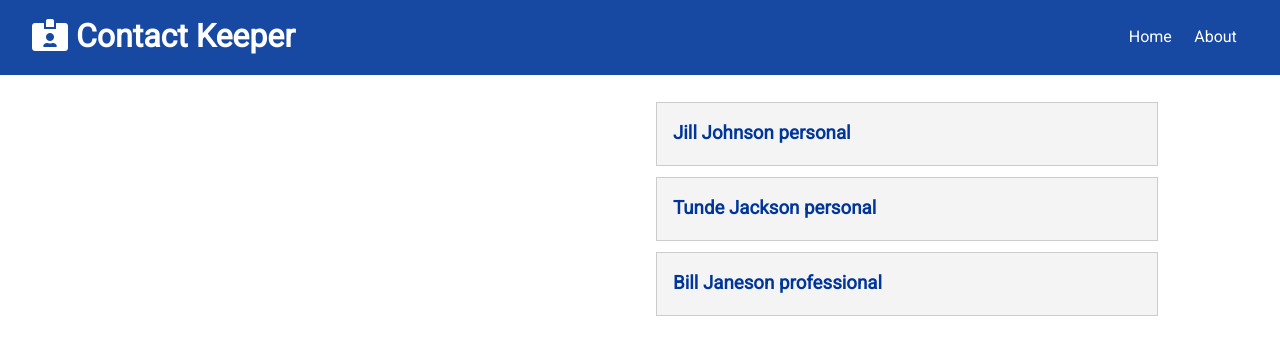
Repository: Art101-ui/Contact-keeper
Page: / (app in client/)
An editor plug-in stored every save of this project. The page is shown before and after the next save, followed by the edit.
The browser window is 1280 px wide. The pictures show the whole page.
Some web libraries are served in a nearby version. The project was rebuilt for these pictures with package versions that can differ from the ones it lists, and the page was loaded fresh each time. A package was used in the major version that the imports need, not the one package.json lists. Also part of the build but not shown: client/src/components/pages/About.js.

Above is the page before, as saved 2021-09-19 23:52:41.

After the next save:
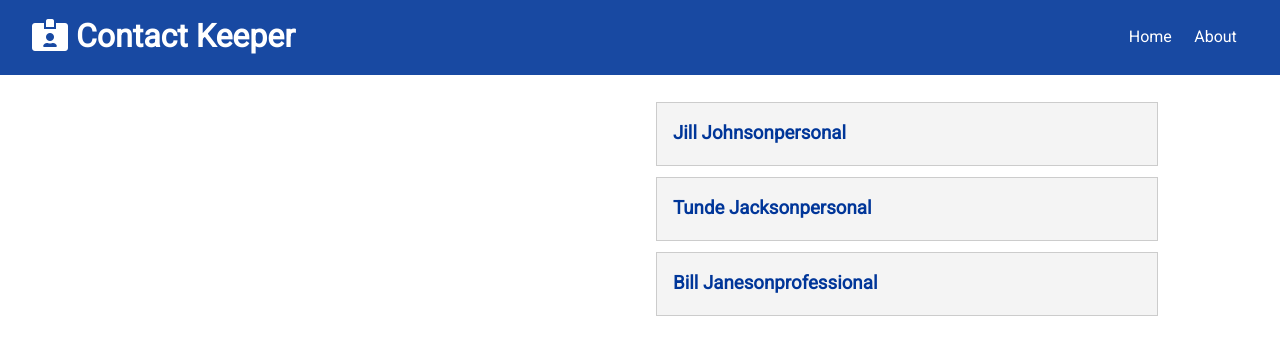
Saved 35 s later.
--- a/client/src/components/contacts/ContactsItem.js
+++ b/client/src/components/contacts/ContactsItem.js
@@ -6,7 +6,7 @@
     return (
        <div className="card bg-light">
            <h3 className="text-primary text-left">
-           {name}{' '}
+           {name}{''}
            <span
              className={
                  'badge' +

After the save that followed:
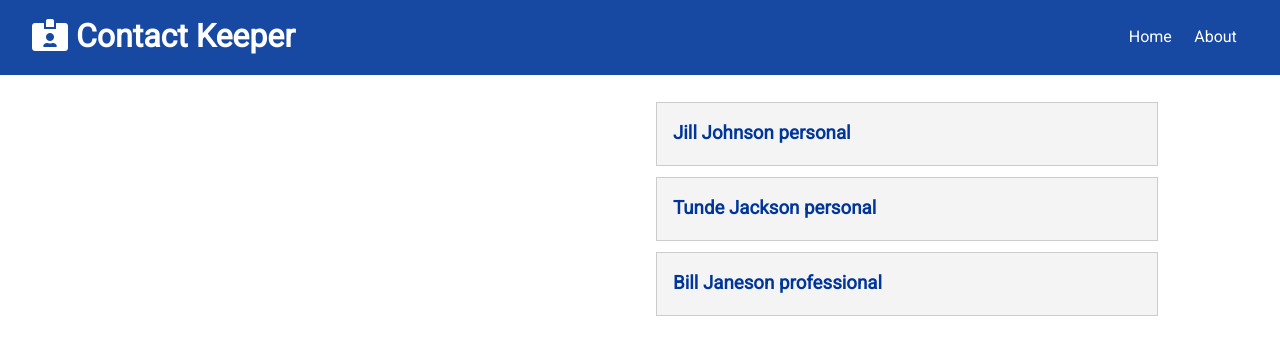
Saved 5 s later.
--- a/client/src/components/contacts/ContactsItem.js
+++ b/client/src/components/contacts/ContactsItem.js
@@ -6,7 +6,7 @@
     return (
        <div className="card bg-light">
            <h3 className="text-primary text-left">
-           {name}{''}
+           {name}{' '}
            <span
              className={
                  'badge' +
